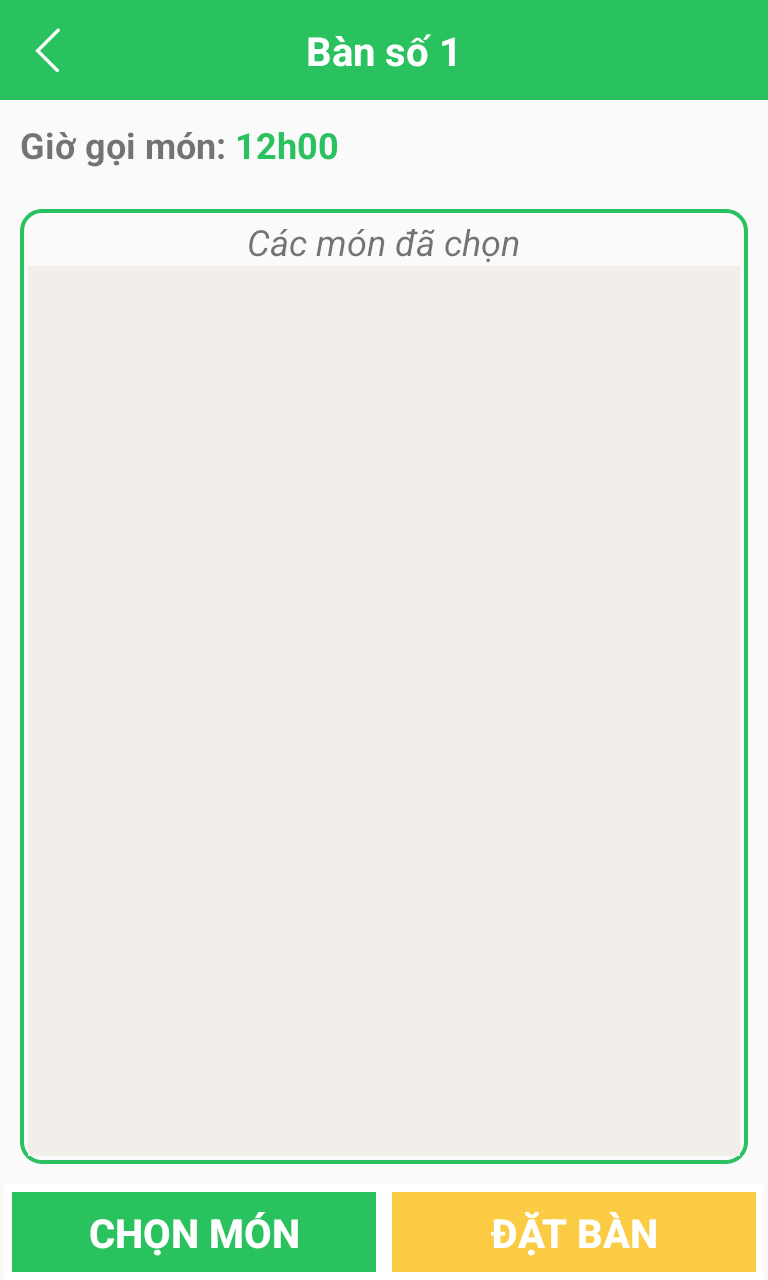
Repository: yenthanh132/Intelresment_AndroidClientApp
Layout: Intelresment/res/layout/activity_order.xml
An editor plug-in stored every save of this project. The layout is shown before and after the next save, followed by the edit.
It is drawn on a 768 x 1280 px phone screen (xhdpi) without system bars, with theme AppTheme; the app's code is not run. Lists and similar views that code fills are empty.

Above is the layout before, as saved 2014-12-27 07:13:18.

After the next save:
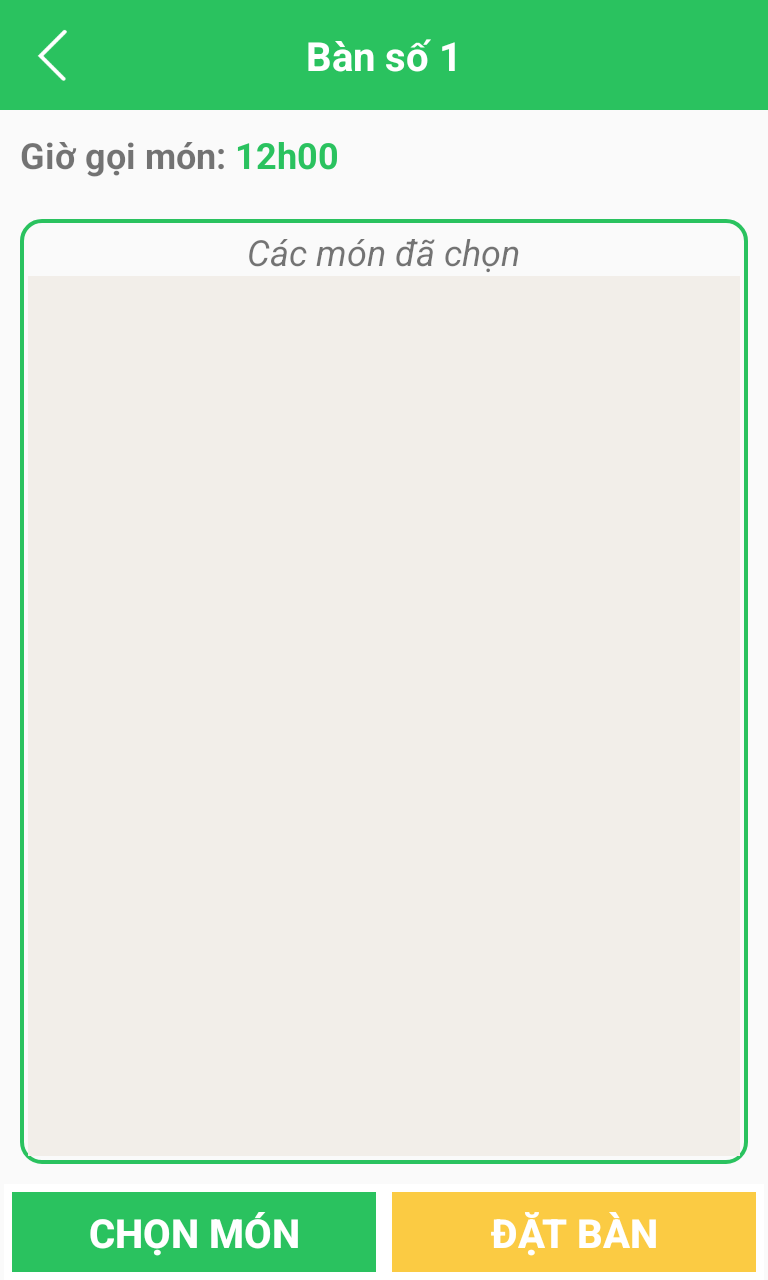
Saved 5 s later.
--- a/Intelresment/res/layout/activity_order.xml
+++ b/Intelresment/res/layout/activity_order.xml
@@ -12,8 +12,8 @@
 
         <ImageButton
             android:id="@+id/btnBack"
-            android:layout_width="30dp"
-            android:layout_height="30dp"
+            android:layout_width="35dp"
+            android:layout_height="35dp"
             android:background="@drawable/transparent_button"
             android:scaleType="fitXY"
             android:src="@drawable/back" />
